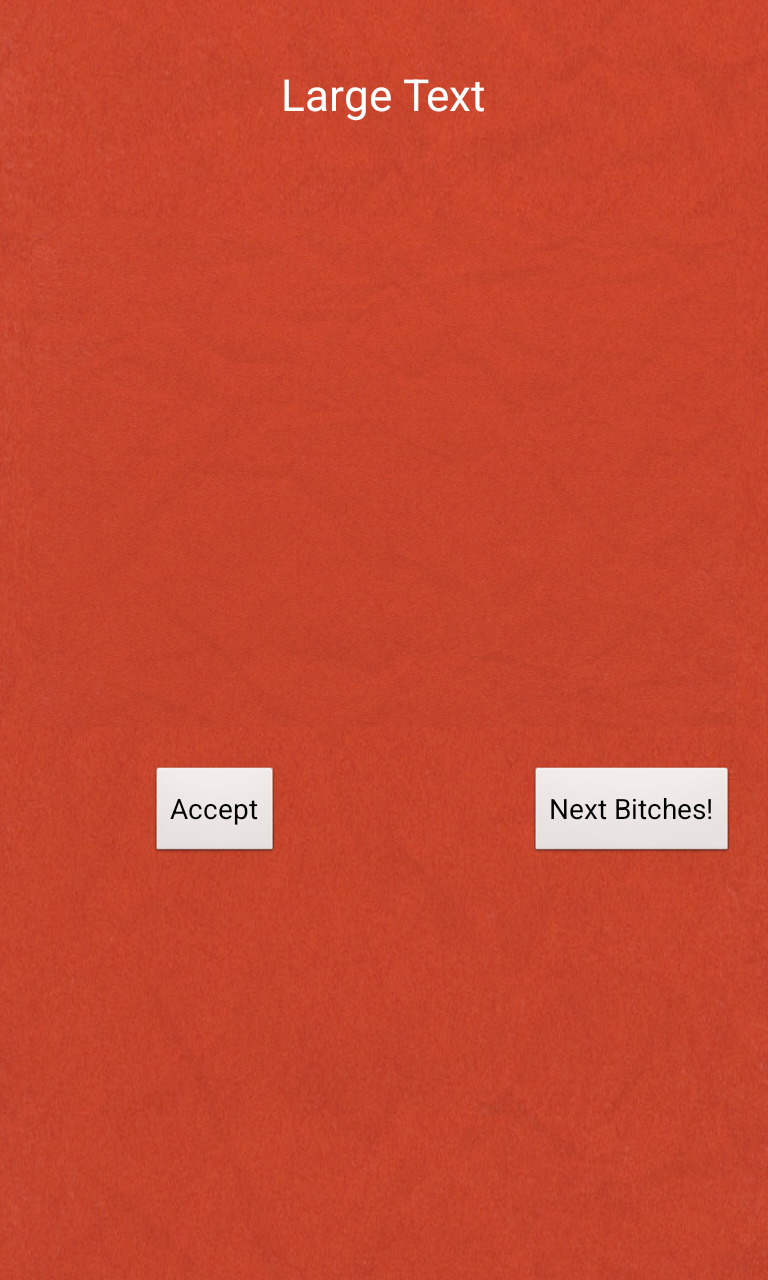
Repository: imhossu/FeedJulia
Layout: FeedJulia/res/layout/activity_place.xml
The author's editor kept a copy of each file at every save. The layout is drawn from the files as they stood at one save, then again after the next save.
It is drawn on a 768 x 1280 px phone screen (xhdpi) without system bars, with theme android:Theme.NoTitleBar; the app's code is not run.

Above is the layout before, as saved 2014-01-26 05:04:33.

### FeedJulia/res/layout/activity_place.xml
<RelativeLayout xmlns:android="http://schemas.android.com/apk/res/android"
    xmlns:tools="http://schemas.android.com/tools"
    android:layout_width="match_parent"
    android:layout_height="match_parent"
    android:paddingBottom="@dimen/activity_vertical_margin"
    android:paddingLeft="@dimen/activity_horizontal_margin"
    android:paddingRight="@dimen/activity_horizontal_margin"
    android:paddingTop="@dimen/activity_vertical_margin"
    android:background="@drawable/red">
    tools:context=".Place" >

    <TextView
        android:id="@+id/title"
        android:layout_width="wrap_content"
        android:layout_height="wrap_content"
        android:layout_alignParentTop="true"
        android:layout_centerHorizontal="true"
        android:layout_marginTop="16dp"
        android:text="Large Text"
        android:textAppearance="?android:attr/textAppearanceLarge"
        android:textColor="#ffffff"/>


    <ImageView
        android:id="@+id/image"
        android:layout_width="wrap_content"
        android:layout_height="wrap_content"
        android:layout_below="@+id/textView1"
        android:layout_centerHorizontal="true"
        android:src="@drawable/red" />

    <Button
        android:id="@+id/next"
        android:layout_width="wrap_content"
        android:layout_height="wrap_content"
        android:layout_alignBottom="@+id/image"
        android:layout_alignRight="@+id/image"
        android:layout_marginBottom="26dp"
        android:text="Next Bitches!" />

    <Button
        android:id="@+id/accept"
        android:layout_width="wrap_content"
        android:layout_height="wrap_content"
        android:layout_alignBaseline="@+id/next"
        android:layout_alignBottom="@+id/next"
        android:layout_toLeftOf="@+id/title"
        android:text="Accept" />

</RelativeLayout>

Loaded but not shown: FeedJulia/res/values/dimens.xml (common file)

After the next save:
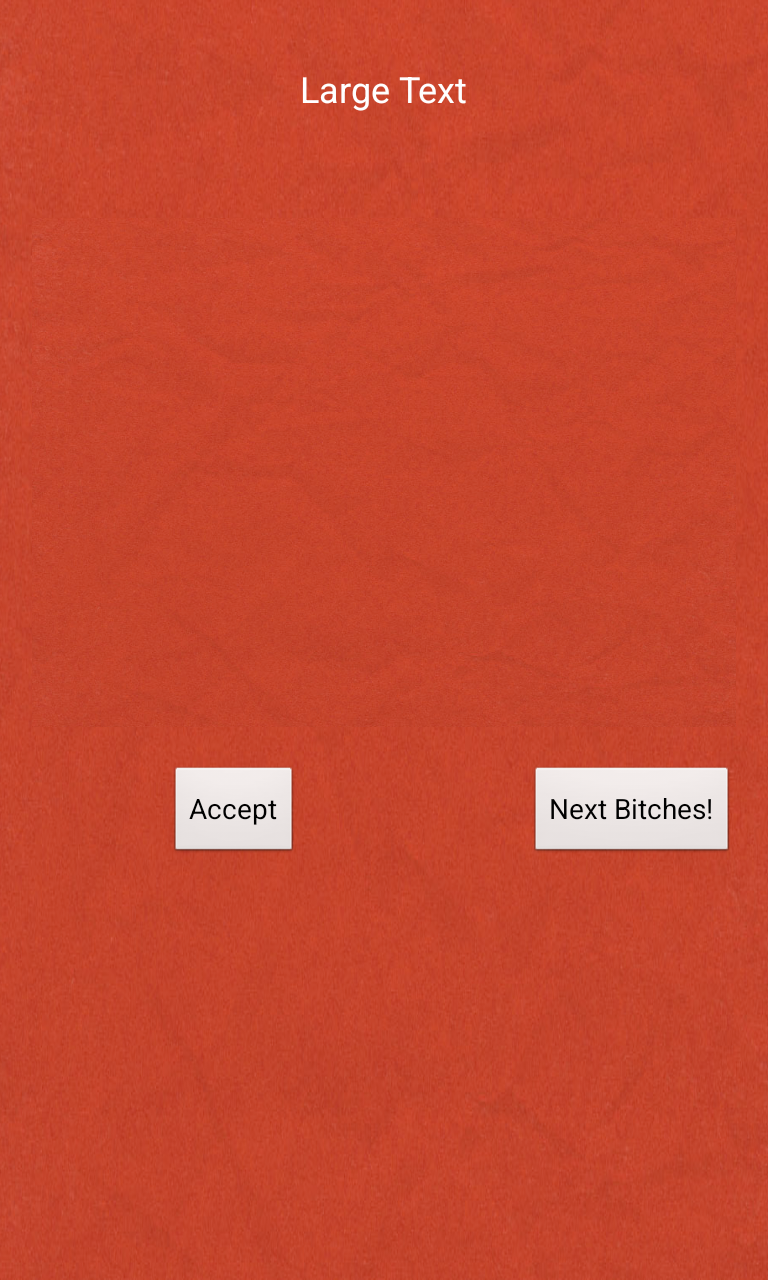
Saved 60 s later.
--- a/FeedJulia/res/layout/activity_place.xml
+++ b/FeedJulia/res/layout/activity_place.xml
@@ -18,7 +18,8 @@
         android:layout_marginTop="16dp"
         android:text="Large Text"
         android:textAppearance="?android:attr/textAppearanceLarge"
-        android:textColor="#ffffff"/>
+        android:textColor="#ffffff"
+        android:textSize="18"/>
 
 
     <ImageView

After the 3 saves that followed:
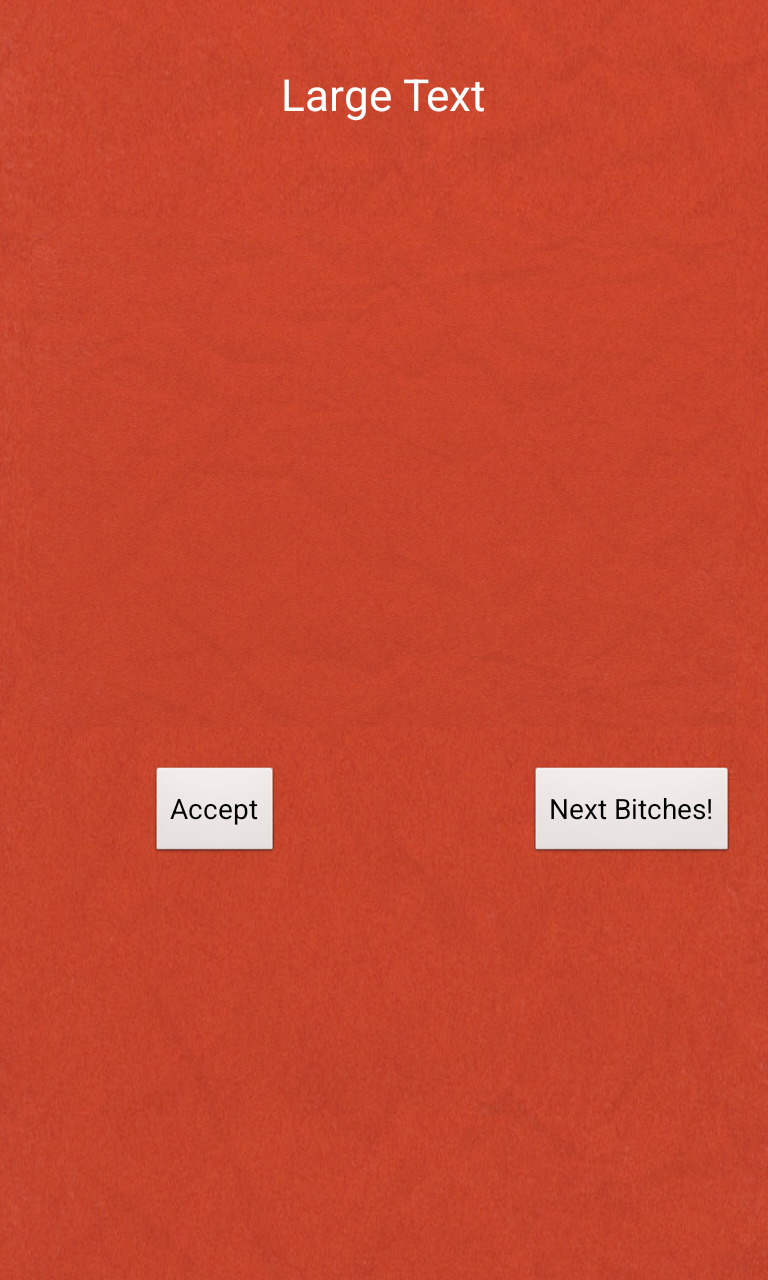
The 3 saves are shown as one change because 2 left the picture as it was.
The last was saved 59 s later.
--- a/FeedJulia/res/layout/activity_place.xml
+++ b/FeedJulia/res/layout/activity_place.xml
@@ -18,8 +18,7 @@
         android:layout_marginTop="16dp"
         android:text="Large Text"
         android:textAppearance="?android:attr/textAppearanceLarge"
-        android:textColor="#ffffff"
-        android:textSize="18"/>
+        android:textColor="#ffffff"/>
 
 
     <ImageView
